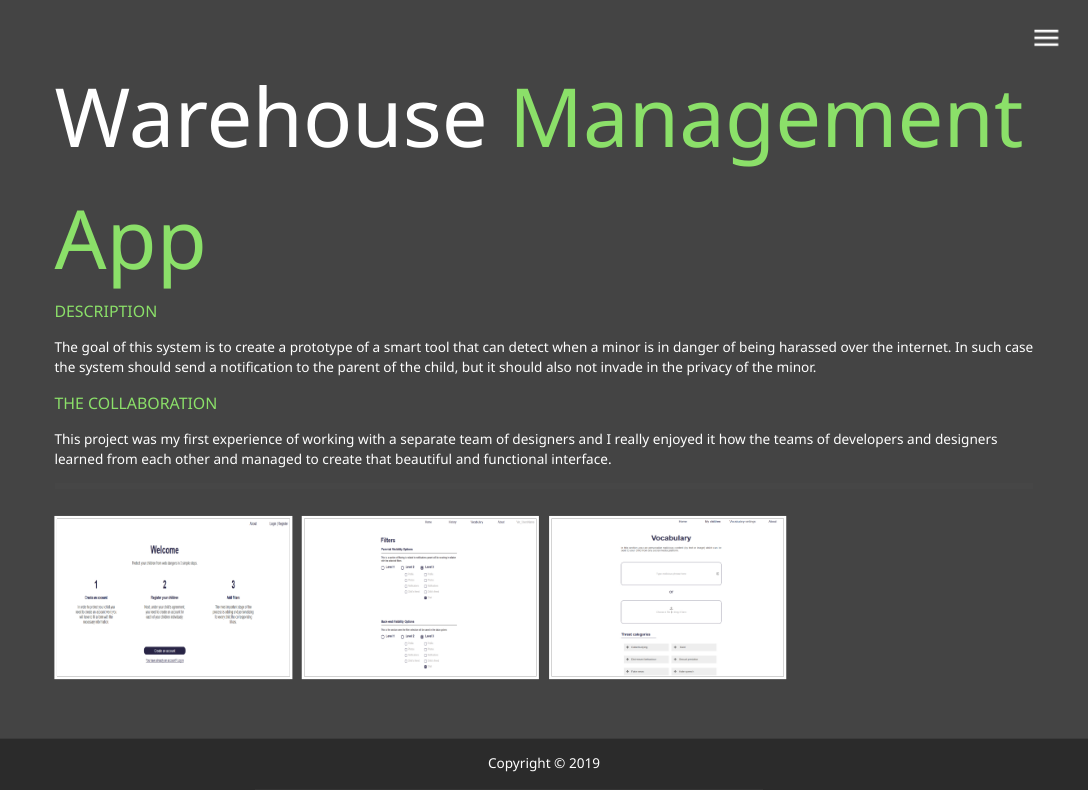
Repository: Preap/portfolio
Page: dist/projects/stockcontrol.html
An editor plug-in stored every save of this project. The page is shown before and after the next save, followed by the edit.
The browser window is 1280 px wide. The pictures show the whole page, at 85% of full size.
Some web libraries are served in a nearby version.

Above is the page before, as saved 2019-06-06 02:45:40.

After the next save:
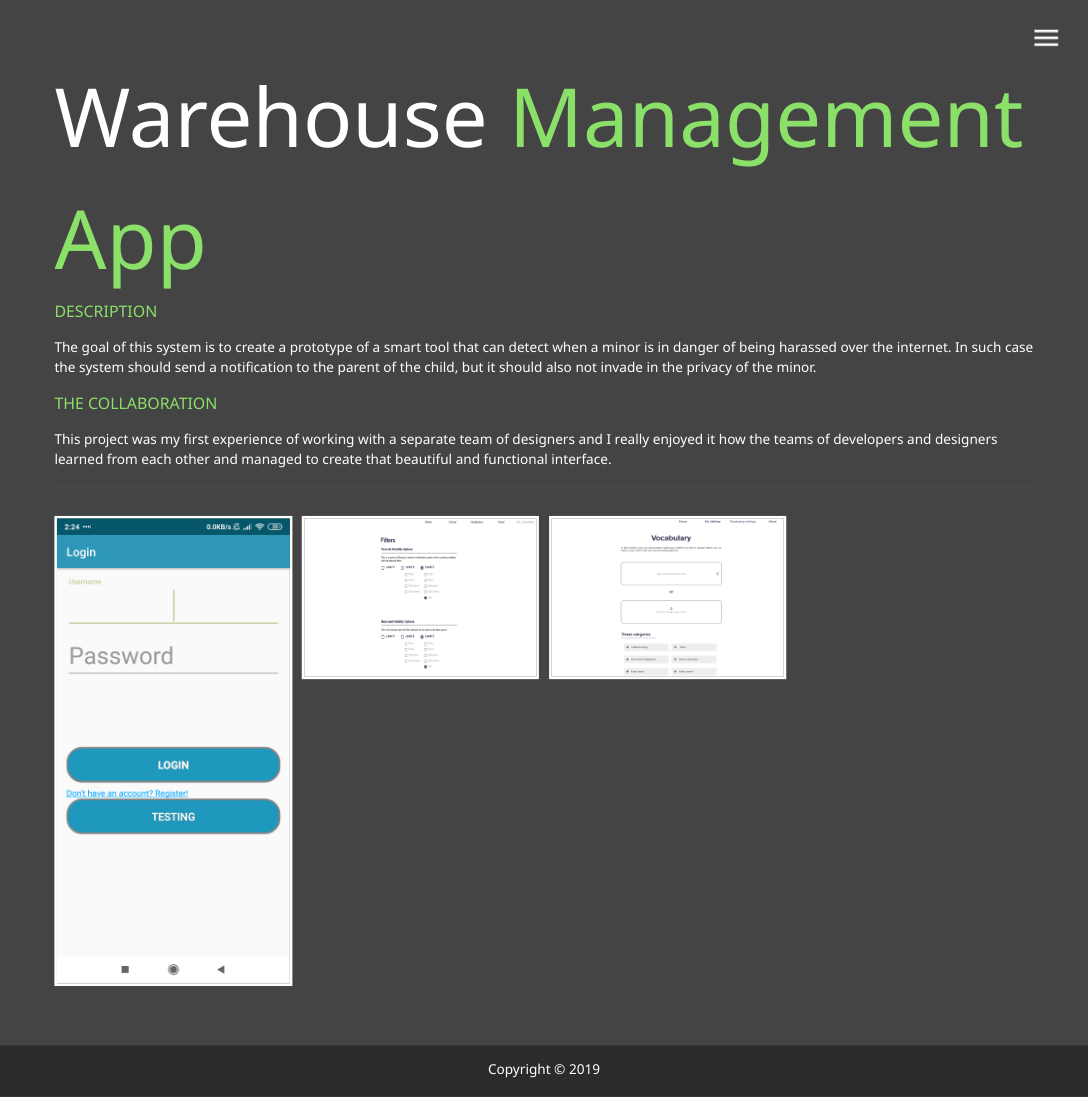
Saved 96 s later.
--- a/dist/projects/stockcontrol.html
+++ b/dist/projects/stockcontrol.html
@@ -62,7 +62,7 @@
       <div class="projects">
         <div class="item">
           <a href="#!">
-            <img src="../img/projects/encase/image1.jpg" alt="encase_image" />
+            <img src="../img/projects/stockcontrol/image1.jpg" alt="encase_image" />
           </a>
         </div>
         <div class="item">
